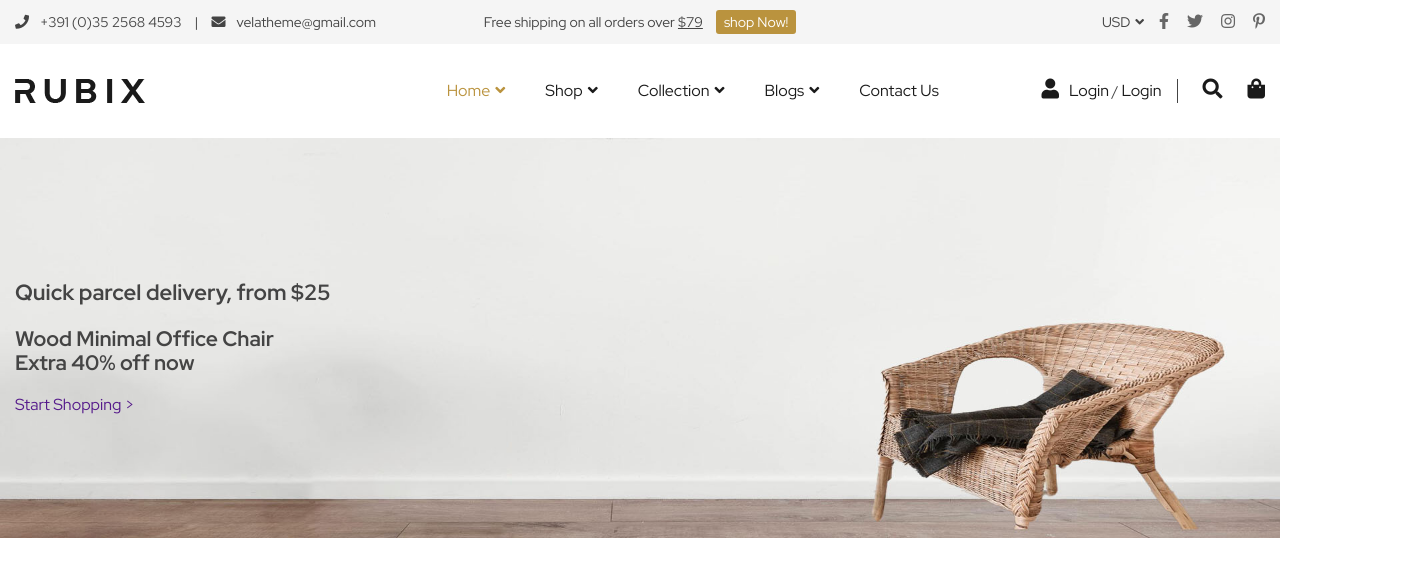
Repository: ldminh95/Gin-velademo
Page: index.html
These files come from the project's save history. The page is drawn as it stood at one moment and after the next save; the edit follows.
The browser window is 1280 px wide. The page is 1410 px wide, so the pictures cover 1410 px, including what lies to the right of the window. The pictures show the whole page.
The style sheet was rebuilt from its Sass, Less or Tailwind sources for each picture, by a compiler version that may differ from the author's.

Above is the page before, as saved 2023-05-28 11:11:29.

### index.html
<!DOCTYPE html>
<html lang="en">
<head>
    <meta charset="UTF-8">
    <meta http-equiv="X-UA-Compatible" content="IE=edge">
    <meta name="viewport" content="width=device-width, initial-scale=1.0">
    <title>velademo-rubix</title>
    <link rel="stylesheet" href="https://cdnjs.cloudflare.com/ajax/libs/font-awesome/5.15.4/css/all.min.css">
    <link rel="stylesheet" type="text/css" href="/css/style.css">
</head>
<body>
    <div class="Overview">
        <div class="headerTop box_flex">
            <div class="headerTop_box-Left col-m3 pd15">
                <i class="fas fa-phone"></i>
                +391 (0)35 2568 4593
                <span class="mr10">|</span>
                <i class="fas fa-envelope"></i>
                velatheme@gmail.com
            </div>
            <div class="headerTop_box-Center col-m3 pd15">
                Free shipping on all orders over <u>$79</u>
                <a href="#" class="bg_primary">shop Now!</a>
            </div>
            <div class="headerTop_box-Right col-m3 box_flex pd15">
                <div class="gin-currency">
                    <div class="gin-currency-title">USD<i class="fas fa-angle-down"></i></div>
                    <div class="gin-currency-dropdown">
                        <div class="currency-item active">USD</div>
                        <div class="currency-item">INR</div>
                        <div class="currency-item">GBP</div>
                        <div class="currency-item">CAD</div>
                        <div class="currency-item">AUD</div>
                        <div class="currency-item">EUR</div>
                        <div class="currency-item">JPY</div>
                    </div>
                </div>
                <div class="gin-link">
                    <a href="#" target="_blank"><i class="fab fa-facebook-f"></i></a>
                    <a href="#" target="_blank"><i class="fab fa-twitter"></i></a>
                    <a href="#" target="_blank"><i class="fab fa-instagram"></i></a>
                    <a href="#" target="_blank"><i class="fab fa-pinterest-p"></i></a>
                </div>
            </div>
        </div>
        <header class="headerMenu">
            <section class="box_flex">
                <div class="header_Left col-m3 pd15">
                    <img src="./images/logo.png" alt="">
                </div>
                <div class="header_Center col-m3 pd15">
                    <div class="gin_menu">
                        <ul class="box_flex">
                            <li class="active">
                                <a href="">Home<i class="fas fa-angle-down"></i></a>
                                <ul class="gin_menu-second">
                                    <li><a href="">Home01</a></li>
                                    <li><a href="">Home02</a></li>
                                    <li><a href="">Home03</a></li>
                                    <li><a href="">Home04</a></li>
                                    <li><a href="">Home05</a></li>
                                    <li><a href="">Home06</a></li>
                                </ul>
                            </li>
                            <li>
                                <a href="">Shop<i class="fas fa-angle-down"></i></a>
                                <ul class="gin_menu-second">
                                    <li><a href="">Home01</a></li>
                                    <li><a href="">Home02</a></li>
                                    <li><a href="">Home03</a></li>
                                    <li><a href="">Home04</a></li>
                                    <li><a href="">Home05</a></li>
                                    <li><a href="">Home06</a></li>
                                </ul>
                            </li>
                            <li>
                                <a href="">Collection<i class="fas fa-angle-down"></i></a>
                                <ul class="gin_menu-second">
                                    <li><a href="">Home01</a></li>
                                    <li><a href="">Home02</a></li>
                                    <li><a href="">Home03</a></li>
                                    <li><a href="">Home04</a></li>
                                    <li><a href="">Home05</a></li>
                                    <li><a href="">Home06</a></li>
                                </ul>
                            </li>
                            <li>
                                <a href="">Blogs<i class="fas fa-angle-down"></i></a>
                                <ul class="gin_menu-second">
                                    <li><a href="">Home01</a></li>
                                    <li><a href="">Home02</a></li>
                                    <li><a href="">Home03</a></li>
                                    <li><a href="">Home04</a></li>
                                    <li><a href="">Home05</a></li>
                                    <li><a href="">Home06</a></li>
                                </ul>
                            </li>
                            <li>
                                <a href="">Contact Us</a>
                                <ul class="gin_menu-second">
                                    <li><a href="">Home01</a></li>
                                    <li><a href="">Home02</a></li>
                                    <li><a href="">Home03</a></li>
                                    <li><a href="">Home04</a></li>
                                    <li><a href="">Home05</a></li>
                                    <li><a href="">Home06</a></li>
                                </ul>
                            </li>
                        </ul>
                    </div>
                </div>
                <div class="header_Right col-m3 pd15 box_flex">
                    <div class="header_Right-account box_flex">
                        <a href=""><i class="fas fa-user"></i></a>
                        <ul>
                            <li><a href="">Login</a></li>
                            <span>/</span>
                            <li><a href="">Login</a></li>
                        </ul>
                    </div>
                    <div class="header_Right-search">
                        <a href=""><i class="fas fa-search"></i></a>
                    </div>
                    <div class="header_Right-cart">
                        <a href=""><i class="fas fa-shopping-bag"></i></a>
                    </div>
                </div>
            </section>
        </header>
        <div class="MainContent">
            <div class="gin_slideshow">
                <div class="slide_item">
                    <div class="slide_item-bg">
                        <img src="./images/index_bg01.jpg" alt="ghế tại ginshop">
                        <div class="wrapper">
                            <div class="slide_item-content">
                                <p>Quick parcel delivery, <span>from $25</span></p>
                                <h2>Wood Minimal Office Chair<br>Extra 40% off now</h2>
                                <a href="">Start Shopping ></a>
                            </div>
                        </div>
                    </div>
                </div>
            </div>
        </div>
    </div>
</body>
</html>

### css/googleFont.css
@import url('https://fonts.googleapis.com/css2?family=Red+Hat+Display:ital,wght@0,300;0,400;0,500;0,600;0,700;0,800;0,900;1,300;1,400;1,500;1,600;1,700;1,800;1,900&display=swap');


:root {
    --f-red-hat: 'Red Hat Display', sans-serif;
}

### css/base.css
:root {
    --gin-font: 14px;
    --color-primary: #ba933e;
    --body-bg: #fff;
    --text-color-primary: #444444;
    --text-color-second: #1a1a1a;
    --text-color-banner: #666666;
    --topbar-bg-color: #f5f5f5;
    --font-icon: 'FontAwesome';
}
body {
    box-sizing: border-box;
    font-family: var(--f-red-hat);
    font-size: var(--gin-font);
    padding: 0;
    margin: 0;
    font-weight: 400;
    line-height: 24px;
    color: var(--text-color-primary);
}
a {
    font-size: calc(var(--gin-font) + 2px);
    text-decoration: none;
}
li {
    list-style-type: none;
}
ul {
    padding: 0;
    margin: 0;
}
img {
    max-width: 100%;
    display: block;
}
.box_flex {
    display: -webkit-flex;
    display: flex;
    align-items: center;
}

.col-m3 {
    width: 33.3333%;
}

/* ================================ */
/* Gin core */
/* ================================ */


/* margin */
.mr10 {
    margin: 0 10px;
}
.pd15 {
    padding: 0 15px;
}

### scss/style.scss
@import "googleFont.css";
@import "base.css";

.Overview {
    margin: 0 auto;
}

.headerTop {
    width: 100%;
    background: var(--topbar-bg-color);
    padding: 10px 0;
    &_box {
        &-Left {
            .fas {
                margin-right: 8px;
            }
        }
        &-Center {
            text-align: center;
            .bg_primary {
                background-color: var(--color-primary);
                color: #fff;
                padding: 0 8px;
                border-radius: 3px;
                margin-left: 10px;
                font-size: var(--gin-font);
                display: inline-block;
                &:hover {
                    background: #947531;
                }
            }
        }
        &-Right {
            justify-content: flex-end;
            .gin {
                &-currency {
                    position: relative;
                    cursor: pointer;
                    &-dropdown {
                        position: absolute;
                        display: none;
                        .currency-item {
                            padding: 5px 0;
                            &.active {
                                color: var(--color-primary);
                            }
                            &:hover {
                                color: var(--color-primary);
                                cursor: pointer;
                            }
                        }
                    }
                    i {
                        margin-left: 5px;
                    }
                    &:hover {
                        .gin-currency-dropdown {
                            display: block;
                            border: 1px solid rgba(0,0,0,0.15);
                            border-radius: 3px;
                            background-color: #fff;
                            padding: 5px 20px;
                            top: 100%;
                            font-size: calc(var(--gin-font) + 2px);
                            right: 0;
                            box-shadow: 0 6px 12px #0000002d;
                        }
                    }
                }
                &-link {
                    a {
                        margin-left: 15px;
                        color: var(--text-color-banner);
                        &:hover {
                            color: var(--color-primary);
                        }
                    }
                }
            }
        }
    }
}

.headerMenu {
    padding: 20px 0;
    .header {
        &_Center {
            li {
                position: relative;
                a {
                    padding: 15px 20px;
                    display: inline-block;
                    width: max-content;
                    color: var(--text-color-second);
                    i {
                        margin-left: 5px;
                    }
                }
                &.active {
                    >a {
                        color: var(--color-primary);
                    }
                }
                ul {
                    position: absolute;
                    min-width: 220px;
                    padding: 15px 25px;
                    display: block;
                    box-shadow: 0 6px 15px #0000001f;
                    z-index: 99;
                    text-align: left;
                    visibility: hidden;
                    margin-top: 50px;
                    transition: all .3s cubic-bezier(0.175, 0.885, 0.32, 1.275);
                    background-color: var(--body-bg);
                    a {
                        padding: 3px 0;
                        font-size: var(--gin-font);
                    }
                }
                &:hover {
                    ul {
                        visibility: visible;
                        margin-top: 0;
                        li {
                            &:hover {
                                a {
                                    color: var(--color-primary);
                                }
                            }
                        }
                    }
                }
            }
        }
        &_Right {
            justify-content: flex-end;
            &-account {
                padding-right: 15px;
                border-right: 1px solid var(--text-color-primary);
            }
            &-search {
                margin-left: 25px;
            }
            &-cart {
                margin-left: 25px;
            }
            i {
                font-size: calc(var(--gin-font) + 6px);
            }
            a {
                color: var(--text-color-second);
                &:hover {
                    color: var(--color-primary);
                }
            }
            li {
                display: inline-block;
            }
            ul {
                margin-left: 10px;
            }
        }
    }
}

.MainContent {
    .slide {
        &_item {
            position: relative;
            .wrapper {
               width: 1410px;
               position: absolute;
               margin: 0 auto;
               top: 0;
               left: 0;
               right: 0;
               bottom: 0;
               height: 100%;
               display: table;
               .slide_item-content {
                    padding: 0 15px;
                    display: table-cell;
                    vertical-align: middle;
                    p {
                        font-size: calc(var(--gin-font) + 8px);
                        font-weight: 700;
                    }
               }
            }
        }
    }
}

After the next save:
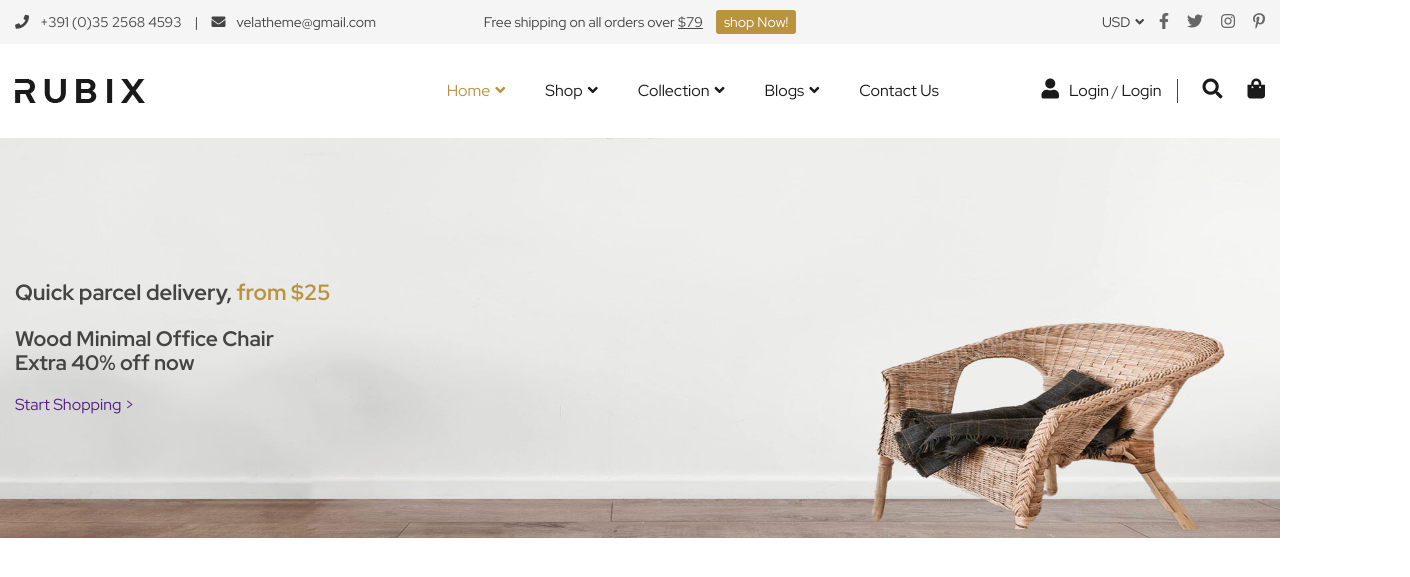
Saved 18 s later.
--- a/scss/style.scss
+++ b/scss/style.scss
@@ -185,6 +185,9 @@
                     p {
                         font-size: calc(var(--gin-font) + 8px);
                         font-weight: 700;
+                        span {
+                            color: var(--color-primary);
+                        }
                     }
                }
             }
